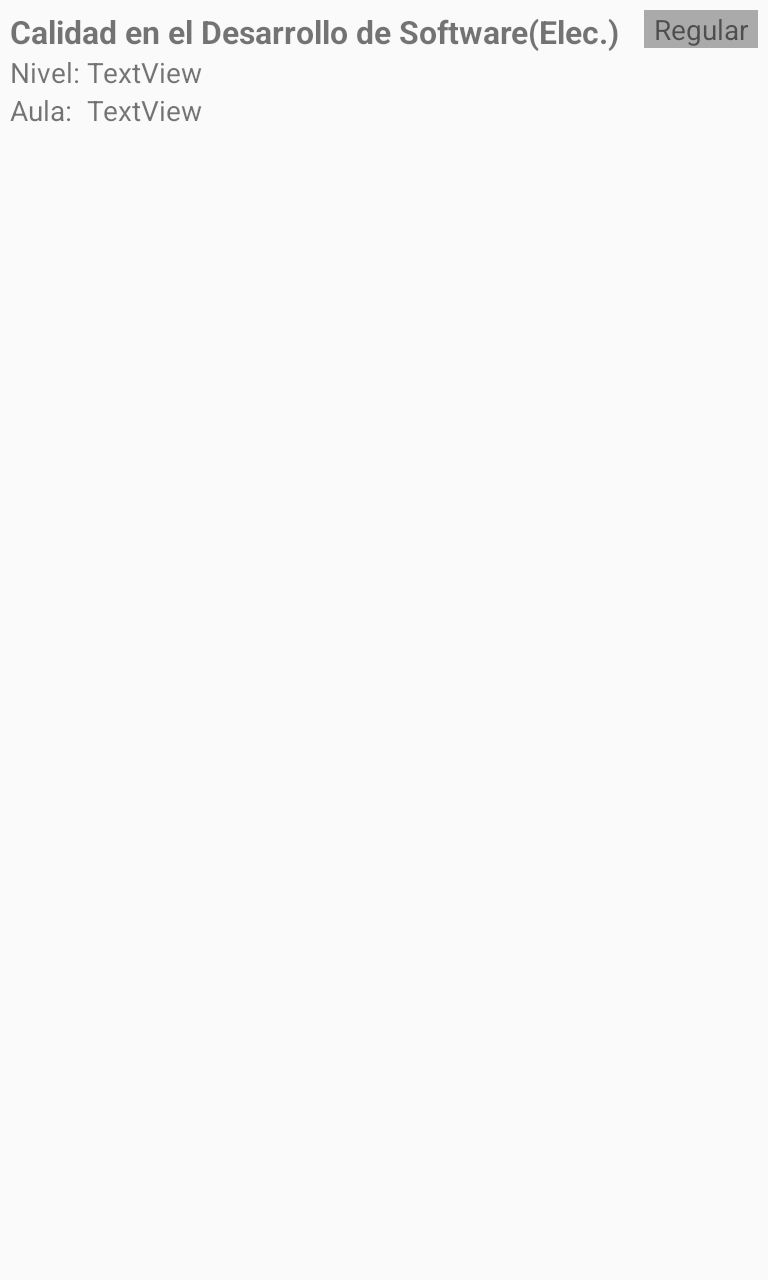
Repository: juanpablobono/Sysacadalumnos
Layout: Sysacad/res/layout/lst_cursado_item.xml
An editor plug-in stored every save of this project. The layout is shown before and after the next save, followed by the edit.
It is drawn on a 768 x 1280 px phone screen (xhdpi) without system bars, with theme temaSysacad; the app's code is not run.

Above is the layout before, as saved 2014-07-07 12:44:33.

After the next save:
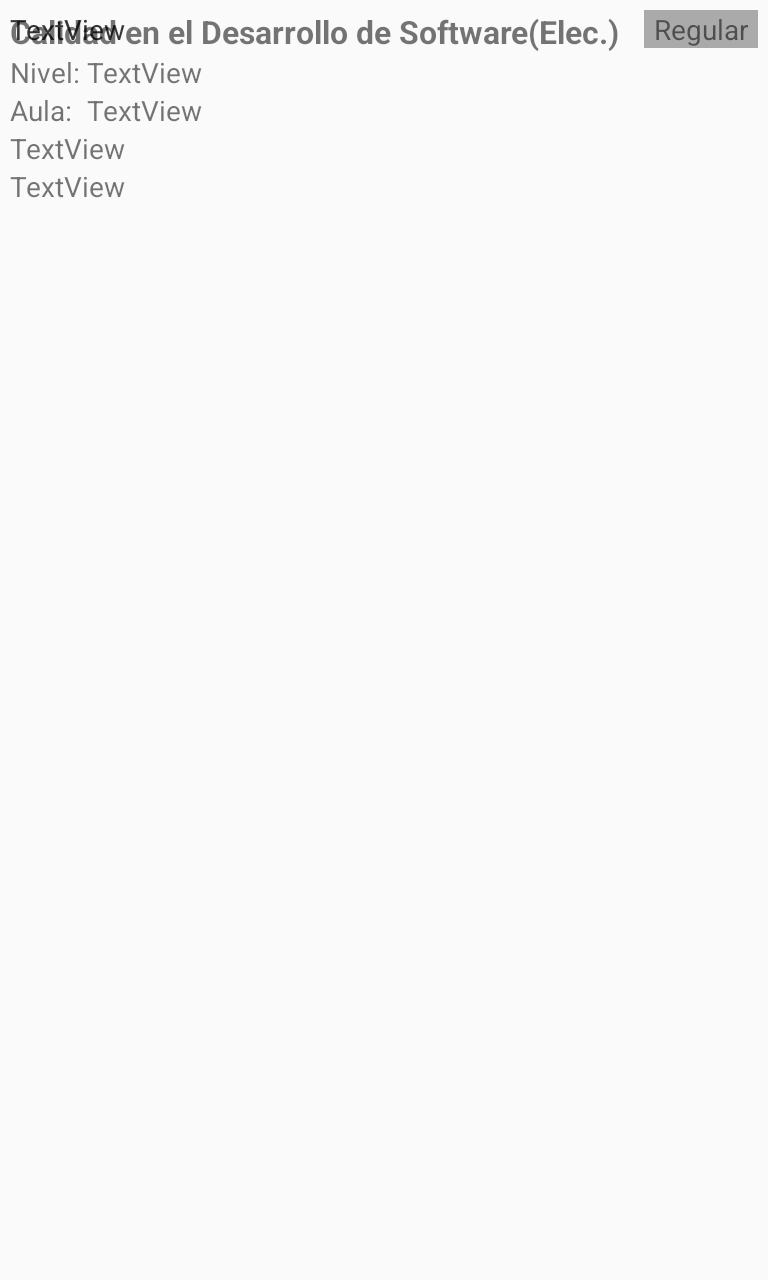
Saved 2 min 47 s later.
--- a/Sysacad/res/layout/lst_cursado_item.xml
+++ b/Sysacad/res/layout/lst_cursado_item.xml
@@ -62,4 +62,38 @@
         android:layout_alignLeft="@+id/lblNivel"
         android:text="TextView" />
 
+    <TextView
+        android:id="@+id/lblForHorarios"
+        android:layout_width="wrap_content"
+        android:layout_height="wrap_content"
+        android:layout_alignParentLeft="true"
+        android:layout_below="@+id/lblForAula"
+        android:text="TextView" />
+
+    <TextView
+        android:id="@+id/lblForParciales"
+        android:layout_width="wrap_content"
+        android:layout_height="wrap_content"
+        android:layout_alignParentLeft="true"
+        android:layout_below="@+id/lblForHorarios"
+        android:text="TextView" />
+
+    <TextView
+        android:id="@+id/textView3"
+        android:layout_width="wrap_content"
+        android:layout_height="wrap_content"
+        android:layout_alignBaseline="@+id/textView1"
+        android:layout_alignBottom="@+id/textView1"
+        android:layout_toRightOf="@+id/textView1"
+        android:text="TextView" />
+
+    <TextView
+        android:id="@+id/textView4"
+        android:layout_width="wrap_content"
+        android:layout_height="wrap_content"
+        android:layout_alignBaseline="@+id/textView2"
+        android:layout_alignBottom="@+id/textView2"
+        android:layout_alignLeft="@+id/textView3"
+        android:text="TextView" />
+
 </RelativeLayout>
